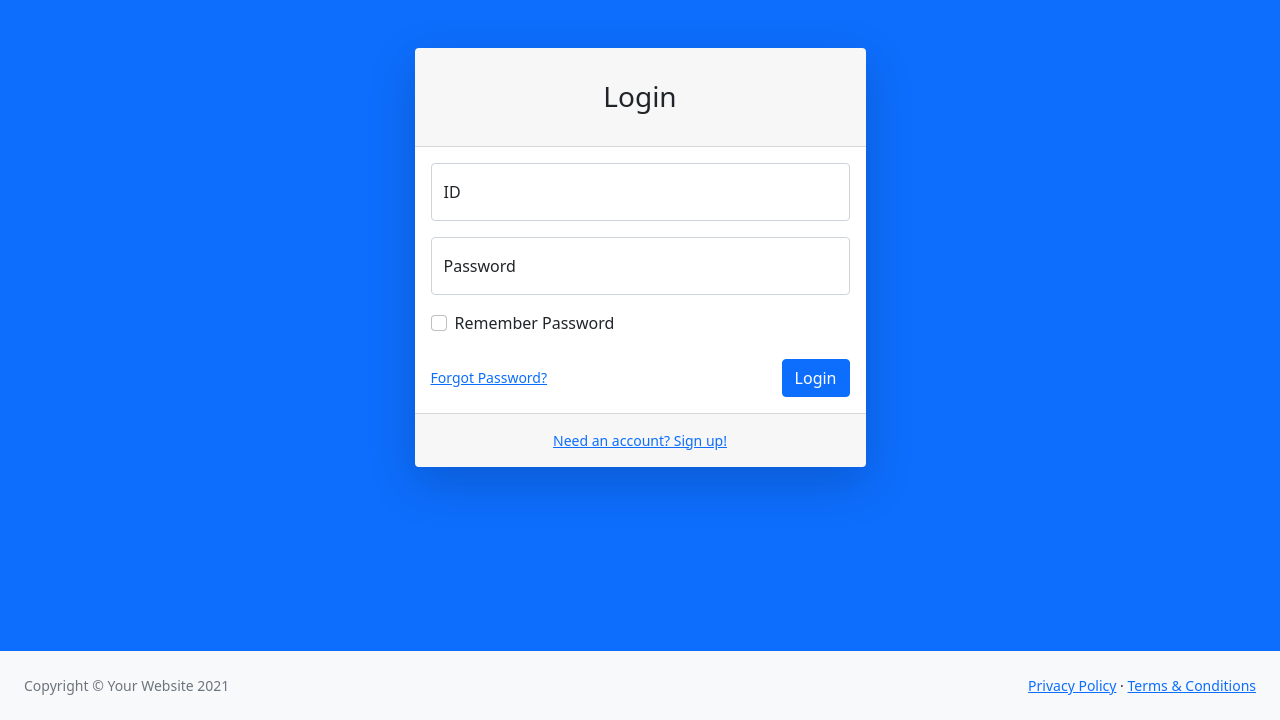
Repository: changyunLee/practice_01
Page: http://localhost/board0513/WEB-INF/views/login.jsp
These files come from the project's save history. The page is drawn as it stood at one moment and after the next save; the edit follows.
The browser window is 1280 px wide. The pictures show the whole page.
The page is served by Tomcat 9. Nobody is signed in. Other server files are loaded and not shown. The template is opened directly, without the code that normally fills it, so the values that code supplies are empty.

Above is the page before, as saved 2021-10-01 02:56:41.

### SpringMVC_WORK/board0513/src/main/webapp/WEB-INF/views/login.jsp
<%@ page language="java" contentType="text/html; charset=UTF-8"
	pageEncoding="UTF-8"%>

<!DOCTYPE html>
<html lang="en">
<head>
<meta charset="utf-8" />
<meta http-equiv="X-UA-Compatible" content="IE=edge" />
<meta name="viewport"
	content="width=device-width, initial-scale=1, shrink-to-fit=no" />
<meta name="description" content="" />
<meta name="author" content="" />
<title>Login - SB Admin</title>
<link href="/resources/css/styles.css" rel="stylesheet" />
<script
	src="https://cdnjs.cloudflare.com/ajax/libs/font-awesome/5.15.3/js/all.min.js"
	crossorigin="anonymous"></script>

<script type="text/javascript"  src="https://code.jquery.com/jquery-3.6.0.min.js"></script>
<script type="text/javascript">
	function login() {
		$.ajax({
			url : "loginj.do",
			method : "POST",
			data : $("#login").serialize(),
			dataType : "JSON",
			success : function(result) {
				var vo = result.result;
				// msg 가없으면 오류가 없음 즉 로그인 성공
				if (vo.msg != null) {
					alert(vo.msg);
				} else {
					console.log(result);
					alert("안녕하세요 회원님");
					location.href = "home.do";
				}
			}
		});
	}
</script>
</head>
<body class="bg-primary">
	<div id="layoutAuthentication">
		<div id="layoutAuthentication_content">
			<main>
				<div class="container">
					<div class="row justify-content-center">
						<div class="col-lg-5">
							<div class="card shadow-lg border-0 rounded-lg mt-5">
								<div class="card-header">
									<h3 class="text-center font-weight-light my-4">Login</h3>
								</div>
								<div class="card-body">
									<form id="login">
										<div class="form-floating mb-3">
											<input class="form-control" id="inputEmail" type="text" name="userid" placeholder="ID"/>
											<label for="inputEmail">ID </label>
										</div>
										<div class="form-floating mb-3">
											<input class="form-control" id="inputPassword" name="userpass"
												type="password" placeholder="Password" /> <label
												for="inputPassword">Password</label>
										</div>
										<div class="form-check mb-3">
											<input class="form-check-input" id="inputRememberPassword"
												type="checkbox" value="" /> <label class="form-check-label"
												for="inputRememberPassword">Remember Password</label>
										</div>
										<div
											class="d-flex align-items-center justify-content-between mt-4 mb-0">
											<a class="small" href="password.html">Forgot Password?</a> <a
												class="btn btn-primary" href="index.html">Login</a>
										</div>
									</form>
								</div>
								<div class="card-footer text-center py-3">
									<div class="small">
										<a href="register.html">Need an account? Sign up!</a>
									</div>
								</div>
							</div>
						</div>
					</div>
				</div>
			</main>
		</div>
		<div id="layoutAuthentication_footer">
			<footer class="py-4 bg-light mt-auto">
				<div class="container-fluid px-4">
					<div
						class="d-flex align-items-center justify-content-between small">
						<div class="text-muted">Copyright &copy; Your Website 2021</div>
						<div>
							<a href="#">Privacy Policy</a> &middot; <a href="#">Terms
								&amp; Conditions</a>
						</div>
					</div>
				</div>
			</footer>
		</div>
	</div>
	<script
		src="https://cdn.jsdelivr.net/npm/bootstrap@5.1.0/dist/js/bootstrap.bundle.min.js"
		crossorigin="anonymous"></script>
	<script src="js/scripts.js"></script>
</body>
</html>

### SpringMVC_WORK/board0513/src/main/webapp/resources/js/scripts.js
/*!
    * Start Bootstrap - SB Admin v7.0.3 (https://startbootstrap.com/template/sb-admin)
    * Copyright 2013-2021 Start Bootstrap
    * Licensed under MIT (https://github.com/StartBootstrap/startbootstrap-sb-admin/blob/master/LICENSE)
    */
    //
// Scripts
//

window.addEventListener('DOMContentLoaded', event => {

    // Toggle the side navigation
    const sidebarToggle = document.body.querySelector('#sidebarToggle');
    if (sidebarToggle) {
        // Uncomment Below to persist sidebar toggle between refreshes
        // if (localStorage.getItem('sb|sidebar-toggle') === 'true') {
        //     document.body.classList.toggle('sb-sidenav-toggled');
        // }
        sidebarToggle.addEventListener('click', event => {
            event.preventDefault();
            document.body.classList.toggle('sb-sidenav-toggled');
            localStorage.setItem('sb|sidebar-toggle', document.body.classList.contains('sb-sidenav-toggled'));
        });
    }

});

Loaded but not shown: SpringMVC_WORK/board0513/src/main/webapp/resources/css/styles.css (library)

After the next save:
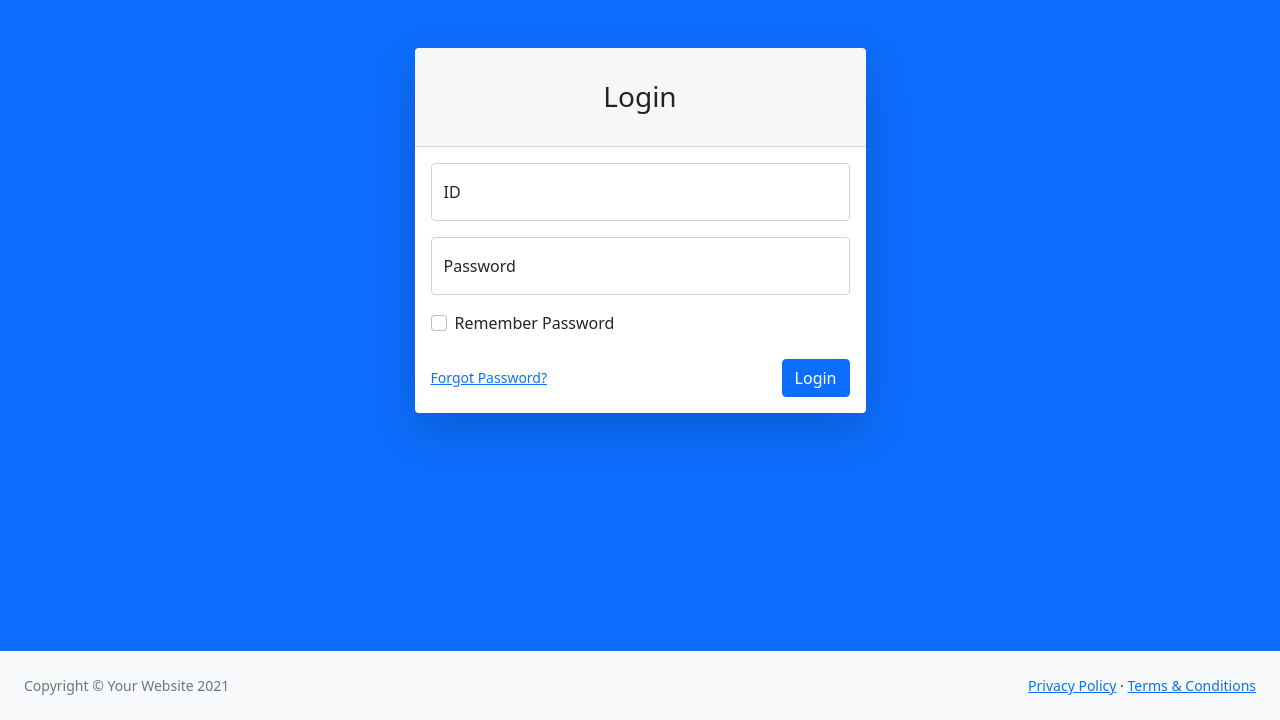
Saved 62 s later.
--- a/SpringMVC_WORK/board0513/src/main/webapp/WEB-INF/views/login.jsp
+++ b/SpringMVC_WORK/board0513/src/main/webapp/WEB-INF/views/login.jsp
@@ -73,11 +73,7 @@
 										</div>
 									</form>
 								</div>
-								<div class="card-footer text-center py-3">
-									<div class="small">
-										<a href="register.html">Need an account? Sign up!</a>
-									</div>
-								</div>
+
 							</div>
 						</div>
 					</div>
